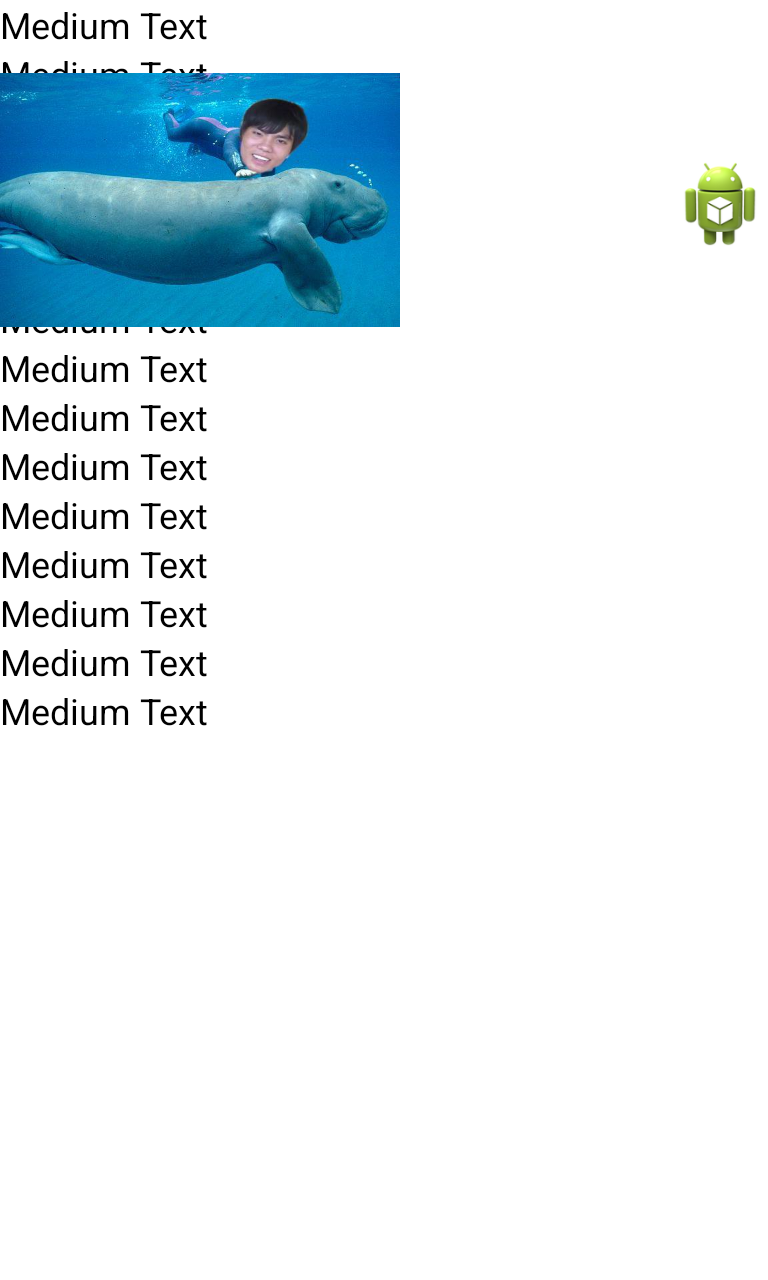
Repository: hieu19926/Non_cable_networking
Layout: SecondGraders/res/layout/mucluc.xml
An editor plug-in stored every save of this project. The layout is shown before and after the next save, followed by the edit.
It is drawn on a 768 x 1280 px phone screen (xhdpi) without system bars, with theme AppTheme; the app's code is not run.

Above is the layout before, as saved 2014-10-05 09:18:51.

After the next save:
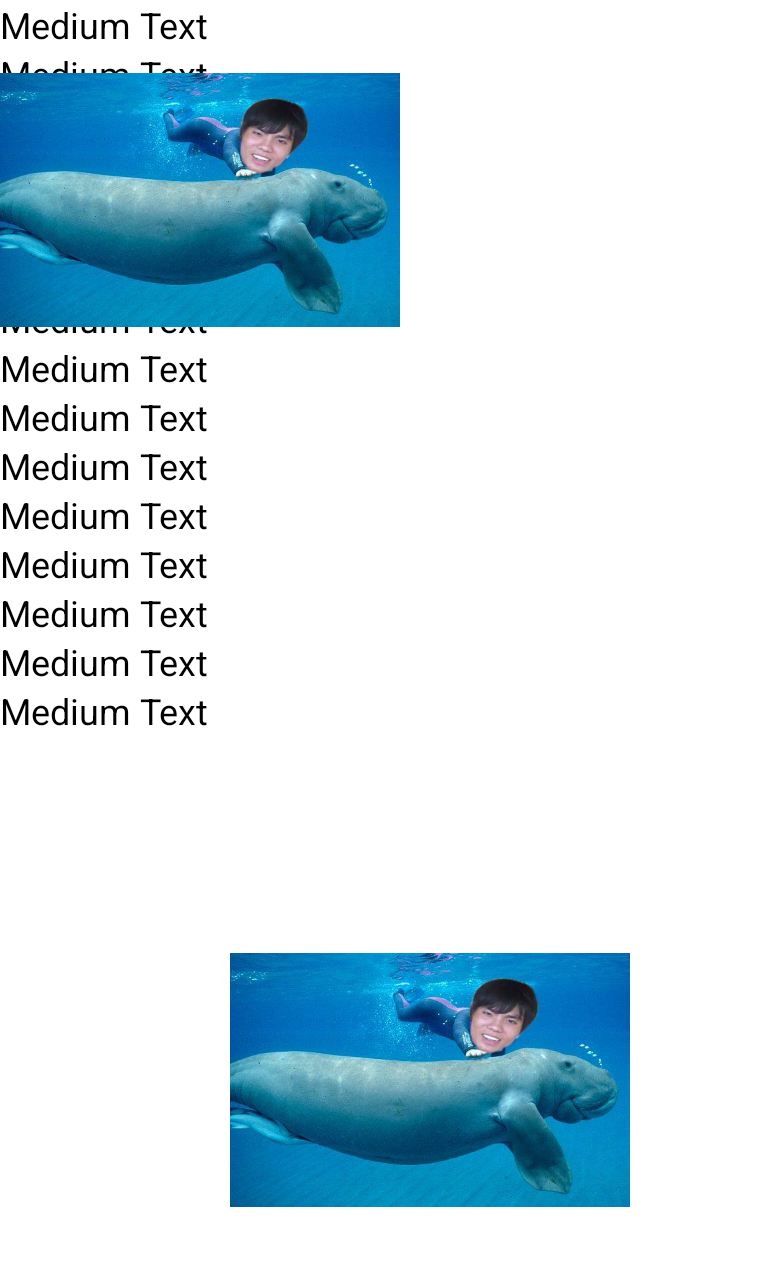
Saved 63 s later.
--- a/SecondGraders/res/layout/mucluc.xml
+++ b/SecondGraders/res/layout/mucluc.xml
@@ -127,16 +127,15 @@
     </ScrollView>
 
     <ImageView
-        android:id="@+id/imageView2"
-        android:layout_width="wrap_content"
-        android:layout_height="wrap_content"
-        android:layout_alignParentRight="true"
-        android:layout_alignParentTop="true"
-        android:layout_marginTop="78dp"
-        android:src="@drawable/ic_launcher" />
+        android:id="@+id/imageView1"
+        android:layout_width="200dp"
+        android:layout_height="200dp"
+        android:layout_alignParentBottom="true"
+        android:layout_toRightOf="@+id/scrollView1"
+        android:src="@drawable/ca_kua" />
 
     <ImageView
-        android:id="@+id/imageView1"
+        android:id="@+id/imageView2"
         android:layout_width="200dp"
         android:layout_height="200dp"
         android:src="@drawable/ca_kua" />
